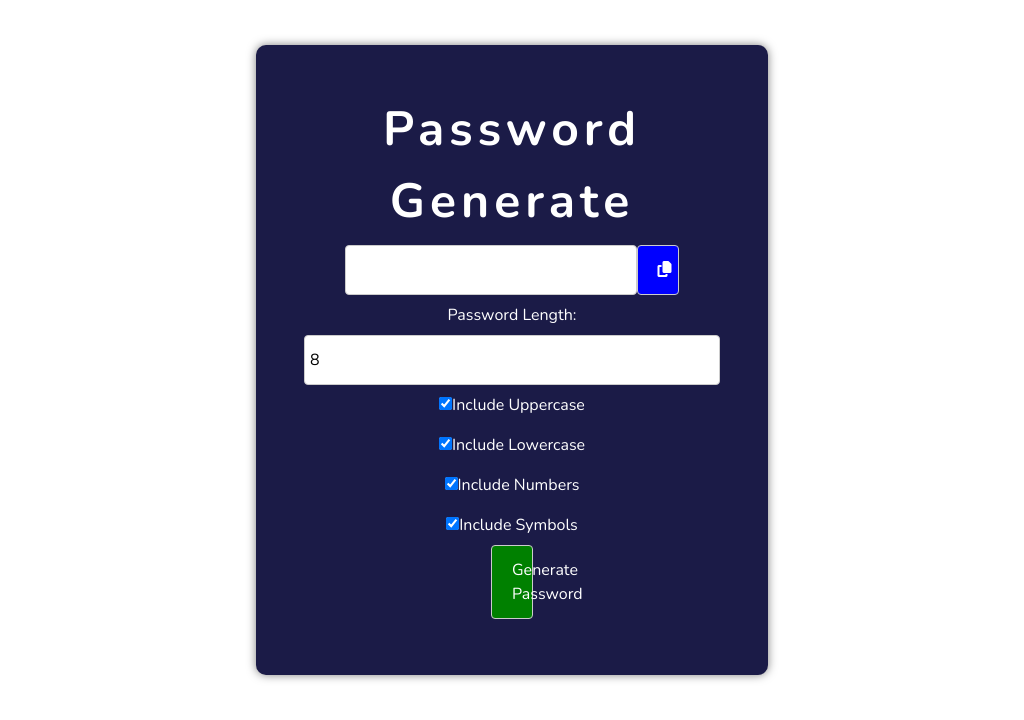
Repository: sriram1224/Password-generator
Page: / (app in password-generator/)
The author's editor kept a copy of each file at every save. The page is drawn from the files as they stood at one save, then again after the next save.
The browser window is 1024 px wide. The pictures show the whole page.
Some web fonts or font styles are not loaded; a fallback is used. Some web libraries are served in a nearby version. The project was rebuilt for these pictures with package versions that can differ from the ones it lists, and the page was loaded fresh each time.

Above is the page before, as saved 2024-03-10 22:46:33.

After the next save:
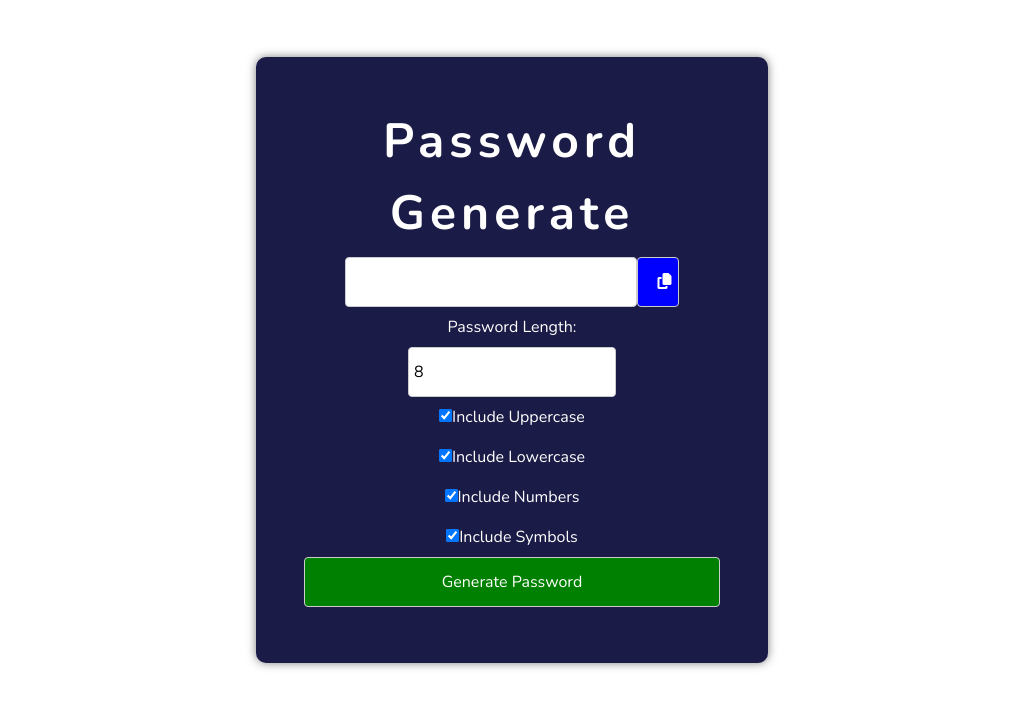
Saved 25 s later.
--- a/password-generator/src/Components/content.css
+++ b/password-generator/src/Components/content.css
@@ -57,10 +57,10 @@
 
     .generate
      {
-        width: 10%;
+        width: 100%;
     }
         .input-numbers{
-            width: 100%;
+            width: 50%;
         }
     .checkboxed {
         flex-direction: column;
